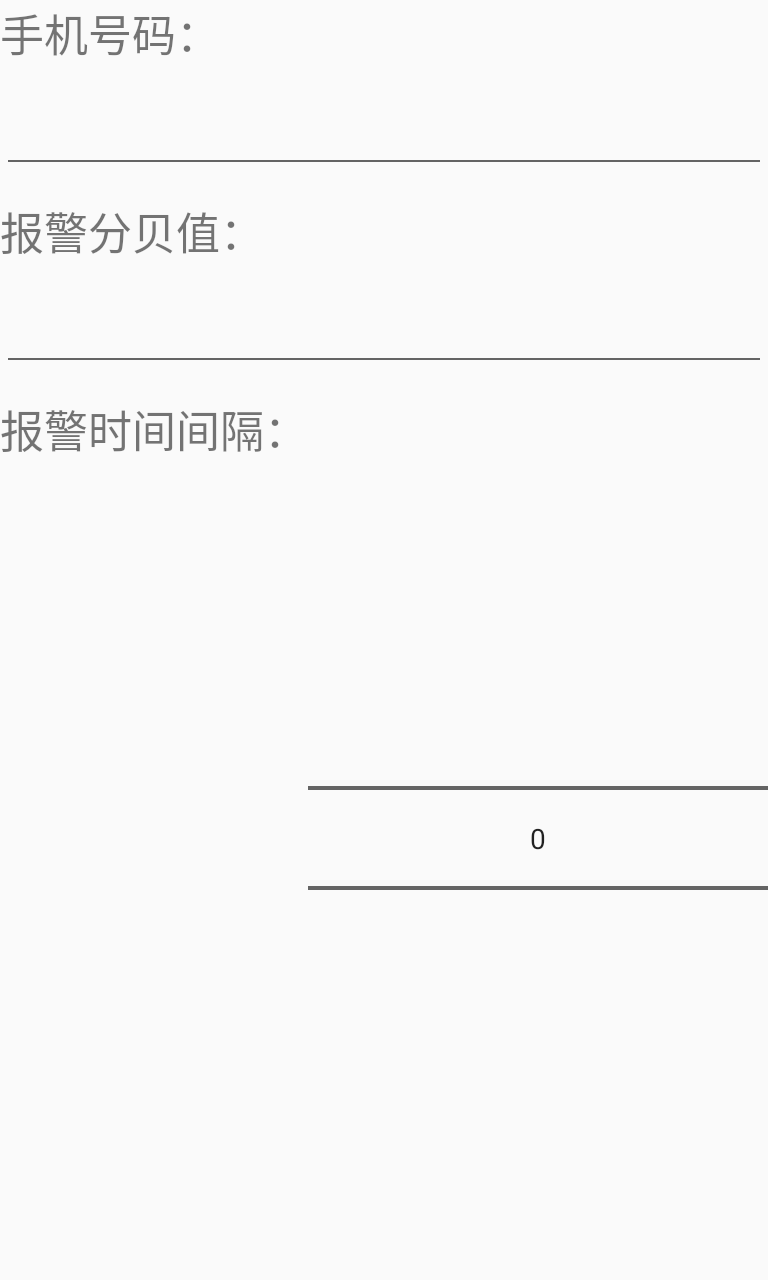
Repository: lovelyzhang/DBdetection
Layout: DBDetection/res/layout/activity_main.xml
The author's editor kept a copy of each file at every save. The layout is drawn from the files as they stood at one save, then again after the next save.
It is drawn on a 768 x 1280 px phone screen (xhdpi) without system bars, with theme AppTheme; the app's code is not run.

Above is the layout before, as saved 2014-09-15 12:08:10.

### DBDetection/res/layout/activity_main.xml
<RelativeLayout
        xmlns:android="http://schemas.android.com/apk/res/android"
   		xmlns:tools="http://schemas.android.com/tools"
    	android:id="@+id/container"
    	android:layout_width="match_parent"
    	android:layout_height="match_parent"
    	tools:context="com.example.dbdetection.MainActivity">


     	<TextView
     	    android:id="@+id/CellText"
 	        android:layout_width="fill_parent"
        	android:layout_height="wrap_content"
        	android:text="手机号码："
        	android:textSize="10pt"
     	    />

     	<EditText
        	android:id="@+id/CellNo"
 	        android:layout_width="fill_parent"
        	android:layout_height="wrap_content"
        	android:textSize="10pt"
        	android:layout_below="@id/CellText"
        	android:maxLength="11"
        	android:numeric="integer"
        	android:layout_marginTop="20px"
     	    />

     	<TextView
     	    android:id="@+id/MaxDBText"
 	        android:layout_width="fill_parent"
        	android:layout_height="wrap_content"
        	android:text="报警分贝值："
        	android:textSize="10pt"
        	android:layout_below="@id/CellNo"
        	android:layout_marginTop="20px"
     	    />

     	<EditText
        	android:id="@+id/MaxDBValue"
 	        android:layout_width="fill_parent"
        	android:layout_height="wrap_content"
        	android:textSize="10pt"
        	android:layout_below="@id/MaxDBText"
        	android:maxLength="4"
        	android:numeric="integer"
	        android:layout_marginTop="20px"
     	    />
     	<TextView
     	    android:id="@+id/DBNumbers"
 	        android:layout_width="wrap_content"
        	android:layout_height="wrap_content"
        	android:text="报警时间间隔："
        	android:textSize="10pt"
        	android:layout_below="@id/MaxDBValue"
        	android:layout_marginTop="20px"
     	  	/>

 	    <NumberPicker
 	        android:id="@+id/np"
 	        android:layout_width="match_parent"
 	        android:layout_height="match_parent"
 	        android:layout_below="@id/MaxDBValue"
 	        android:layout_marginTop="20px"
 	        android:layout_toRightOf="@id/DBNumbers" />

        <Button
	        android:id="@+id/StartButton"
	        android:layout_width="fill_parent"
	        android:layout_height="wrap_content"
	        android:text="Button"
	        android:layout_below="@id/np"
	        android:layout_marginTop="20px"
        	/>

    	<TextView
	        android:id="@+id/DBText"
	        android:layout_width="fill_parent"
	        android:layout_height="wrap_content"
	        android:layout_marginTop="30px"
	        android:textSize="10pt"
	        android:text="分贝值："
	        android:gravity="center"
	        android:layout_below="@id/StartButton"
        	/>
    </RelativeLayout>

Loaded but not shown: DBDetection/res/values/styles.xml (common file); DBDetection/res/values-v11/styles.xml (common file); DBDetection/res/values-v14/styles.xml (common file)

After the next save:
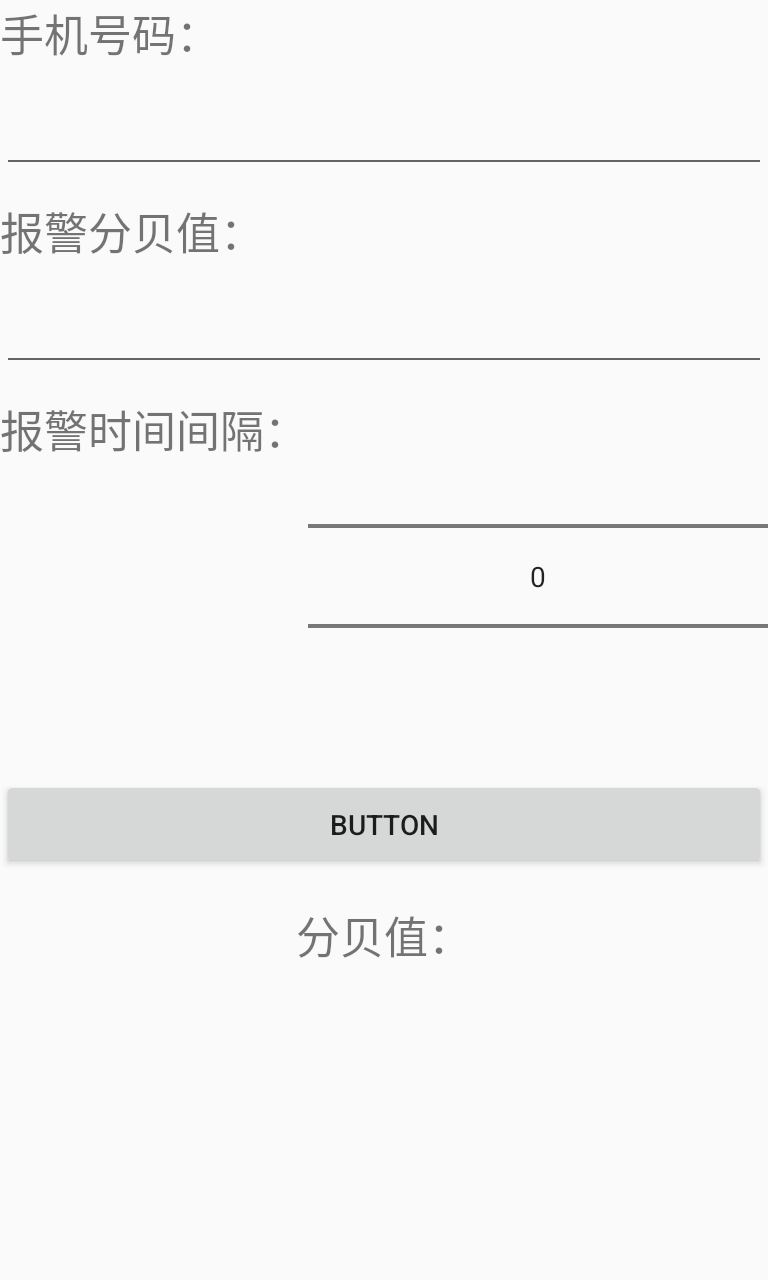
Saved 24 s later.
--- a/DBDetection/res/layout/activity_main.xml
+++ b/DBDetection/res/layout/activity_main.xml
@@ -58,8 +58,8 @@
 
  	    <NumberPicker
  	        android:id="@+id/np"
- 	        android:layout_width="match_parent"
- 	        android:layout_height="match_parent"
+ 	        android:layout_width="fill_parent"
+ 	        android:layout_height="wrap_content"
  	        android:layout_below="@id/MaxDBValue"
  	        android:layout_marginTop="20px"
  	        android:layout_toRightOf="@id/DBNumbers" />
